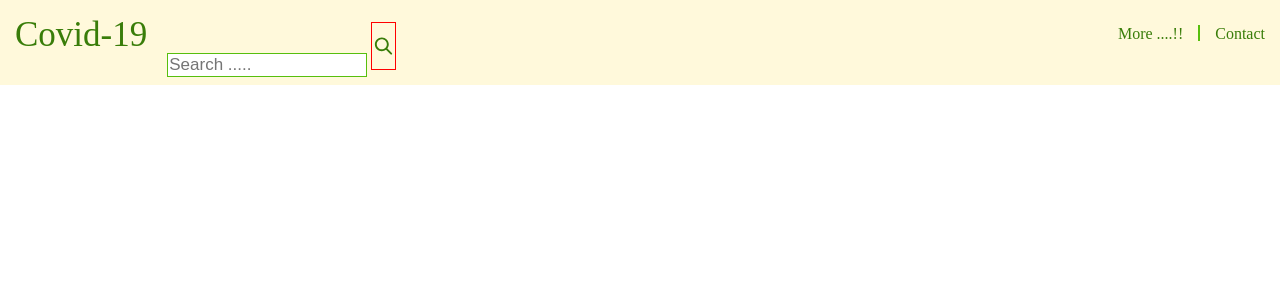
Repository: thuongton98/Covid
Page: html-css-js/index.html
The author's editor kept a copy of each file at every save. The page is drawn from the files as they stood at one save, then again after the next save.
The browser window is 1280 px wide. The pictures show the whole page.

Above is the page before, as saved 2021-07-01 09:16:49.

After the next save:
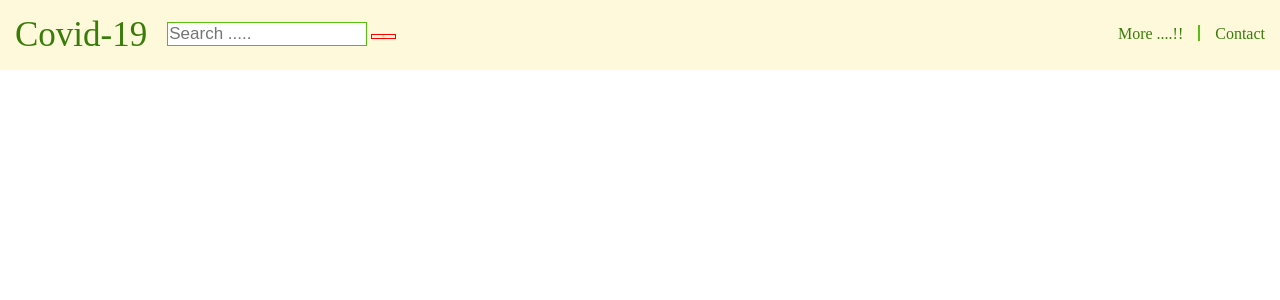
Saved 6 s later.
--- a/html-css-js/styles.css
+++ b/html-css-js/styles.css
@@ -81,5 +81,6 @@ nav .icon .icon-search svg{
     fill: #397d09;
     cursor: pointer;
     width: 25px;
+    height: 5px;
     position: relative;
     border: 1px solid red;
